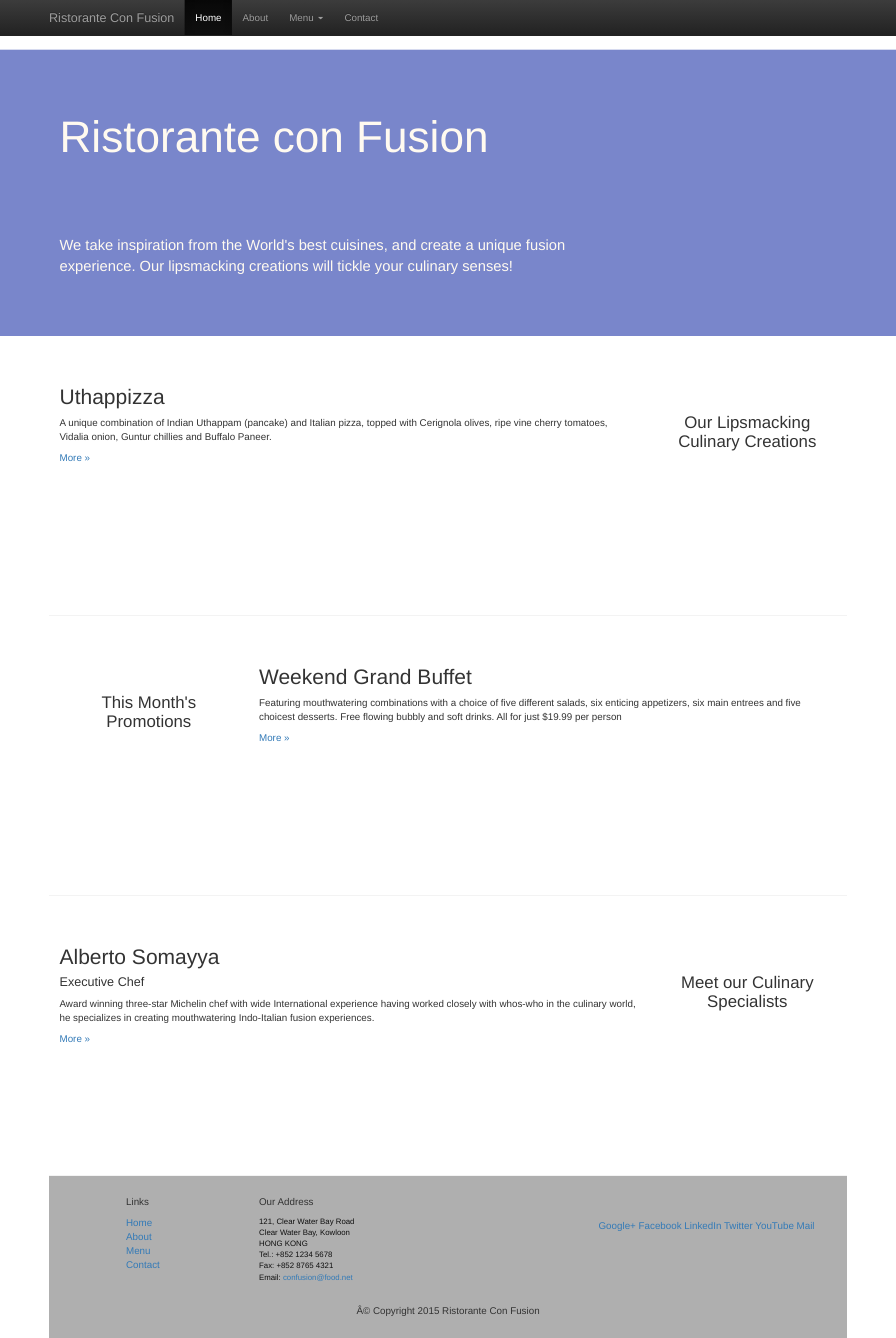
Repository: tagus24/Coursera
Page: Coursera/FullStackDeveloper/conFusion/src/main/webapp/index.html
These files come from the project's save history. The page is drawn as it stood at one moment and after the next save; the edit follows.
The browser window is 1280 px wide. The pictures show the whole page, at 70% of full size.
Some web libraries are served in a nearby version.

Above is the page before, as saved 2016-02-06 14:05:48.

After the next save:
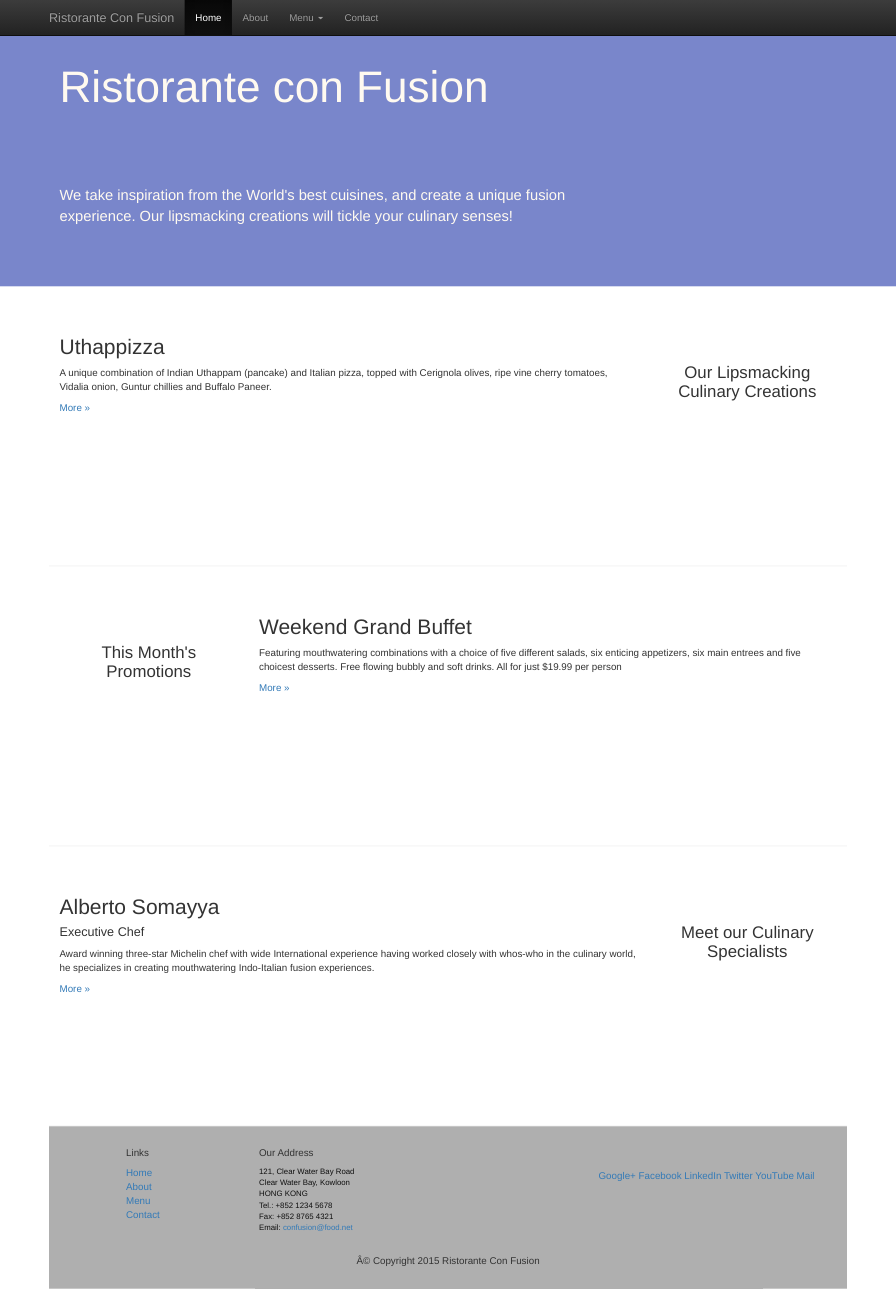
Saved 91 s later.
--- a/Coursera/FullStackDeveloper/conFusion/src/main/webapp/index.html
+++ b/Coursera/FullStackDeveloper/conFusion/src/main/webapp/index.html
@@ -26,7 +26,7 @@
 
 <body>
 
-	<nav class="navbar navbar-inverse navbar-static-top" role="navigation">
+	<nav class="navbar navbar-inverse navbar-fixed-top" role="navigation">
           <div class="container">
           <div class="navbar-header">
                     <button type="button" class="navbar-toggle collapsed" data-toggle="collapse" data-target="#navbar" aria-expanded="false" aria-controls="navbar">
